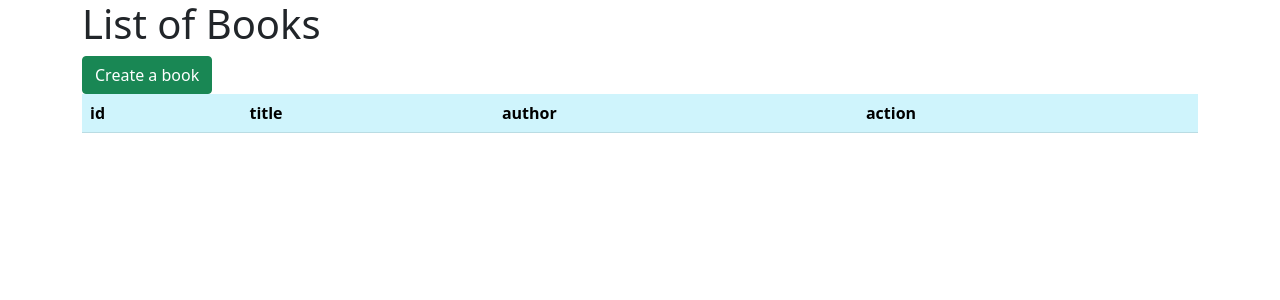
Repository: RaghdaMadiane/django
Page: http://localhost/books/
These files come from the project's save history. The page is drawn as it stood at one moment and after the next save; the edit follows.
The browser window is 1280 px wide. The pictures show the whole page.
The page is served by the project's application, run on Django 3.2 (manage.py). Other server files are loaded and not shown. Queries for data that is not in the repository find no rows.

Above is the page before, as saved 2021-04-22 16:23:31.

### books/templates/books/index.html
{% extends "layout/main.html"%}
{%block body%}
<h1>List of Books<h1>
<table class="table table-striped table-hover" style="width:200rm" >

  <thead>
    <tr>
        <th scope="col" class="table-info">id</th>
     <th scope="col" class="table-info">title</th>
      <th scope="col" class="table-info">author</th>
      <th scope="col" class="table-info">action</th>
    </tr>
     </thead>
     {%for book in books%}
  <tbody>
    <tr>
     <td >{{book.id}}</td>
      <td >{{book.title}}</td>
     <td>{{book.author}}</td>
     <td><a href="{% url 'edit' book.id %}" type="button"  class="btn btn-info"> edit </a>
     <a href="{% url 'delete' book.id %}" type="button"  class="btn btn-danger"> delete</a></td>
    </tr>
   </tbody>
{% endfor %}
<a  href='create' type="button"  class="btn btn-success"> Create a book </a>
{% endblock %}

### books/templates/layout/main.html
<html>
<head>
<!-- CSS only -->
<link href="https://cdn.jsdelivr.net/npm/bootstrap@5.0.0-beta3/dist/css/bootstrap.min.css" rel="stylesheet" integrity="sha384-eOJMYsd53ii+scO/bJGFsiCZc+5NDVN2yr8+0RDqr0Ql0h+rP48ckxlpbzKgwra6" crossorigin="anonymous">
</head>
<body class="container">
{%block body%}
{% endblock %}
</body>
</html>

### books/views.py
from django.shortcuts import render,redirect
from django.http import HttpResponse
from .forms import BookForm
from .models import Book

def index(request):
    books =Book.objects.all()
    return render(request,"books/index.html",{
        "books":books
    })
def create(request):
    form=BookForm(request.POST or None)
    if form.is_valid():
        form.save()
        return redirect("index")
    return render(request,"books/create.html",{
        "form" : form
    })
def edit(request,id):
    book=Book.objects.get(id=id)
    form =BookForm(request.POST or None, instance=book)
    if form.is_valid():
        form.save()
        return redirect("index")

    return render(request,"books/edit.html",{
        "form" : form,
        "book" : book
    })
def delete(request, id):
    book=Book.objects.get(id=id)
    book.delete()
    return redirect("index")

### book/urls.py
"""book URL Configuration

The `urlpatterns` list routes URLs to views. For more information please see:
    https://docs.djangoproject.com/en/3.2/topics/http/urls/
Examples:
Function views
    1. Add an import:  from my_app import views
    2. Add a URL to urlpatterns:  path('', views.home, name='home')
Class-based views
    1. Add an import:  from other_app.views import Home
    2. Add a URL to urlpatterns:  path('', Home.as_view(), name='home')
Including another URLconf
    1. Import the include() function: from django.urls import include, path
    2. Add a URL to urlpatterns:  path('blog/', include('blog.urls'))
"""
from django.contrib import admin
from django.urls import path
from django.urls import include

urlpatterns = [
    path('admin/', admin.site.urls),
    path('books/',include("books.urls")),
]

### books/urls.py

from django.urls import path
from . import views

urlpatterns = [
   path("",views.index,name='index'),
   path("create",views.create, name='create'),
   path("edit/<int:id>",views.edit, name='edit'),
   path('delete/<int:id>', views.delete, name='delete'),
]

After the next save:
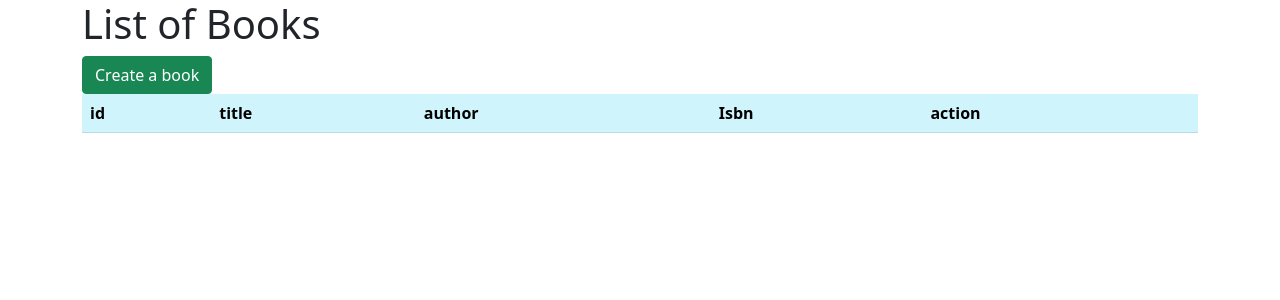
Saved 3 min 3 s later.
--- a/books/templates/books/index.html
+++ b/books/templates/books/index.html
@@ -8,7 +8,9 @@
         <th scope="col" class="table-info">id</th>
      <th scope="col" class="table-info">title</th>
       <th scope="col" class="table-info">author</th>
+      <th scope="col" class="table-info">Isbn</th>
       <th scope="col" class="table-info">action</th>
+
     </tr>
      </thead>
      {%for book in books%}
@@ -16,7 +18,9 @@
     <tr>
      <td >{{book.id}}</td>
       <td >{{book.title}}</td>
+      <td >{{book.id}}</td>
      <td>{{book.author}}</td>
+
      <td><a href="{% url 'edit' book.id %}" type="button"  class="btn btn-info"> edit </a>
      <a href="{% url 'delete' book.id %}" type="button"  class="btn btn-danger"> delete</a></td>
     </tr>
